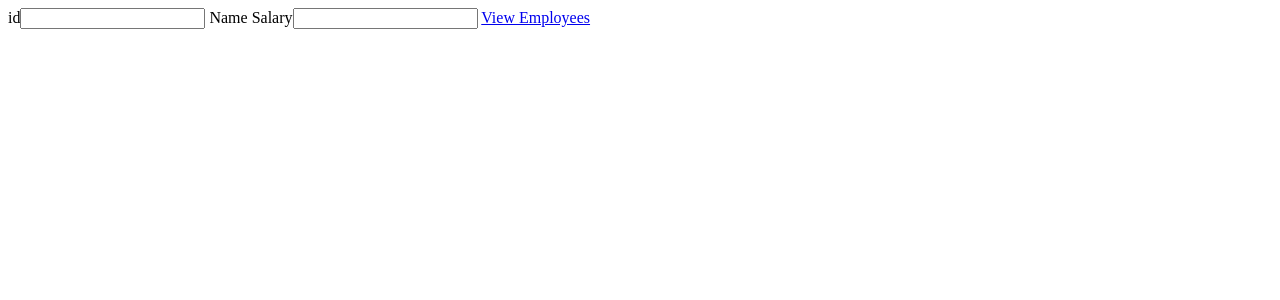
Repository: SurajPawar15-smart/JAVAProjects
Page: 017Pagination in Servlet/WebContent/index.html
An editor plug-in stored every save of this project. The page is shown before and after the next save, followed by the edit.
The browser window is 1280 px wide. The pictures show the whole page.

Above is the page before, as saved 2020-10-03 07:21:31.

After the next save:
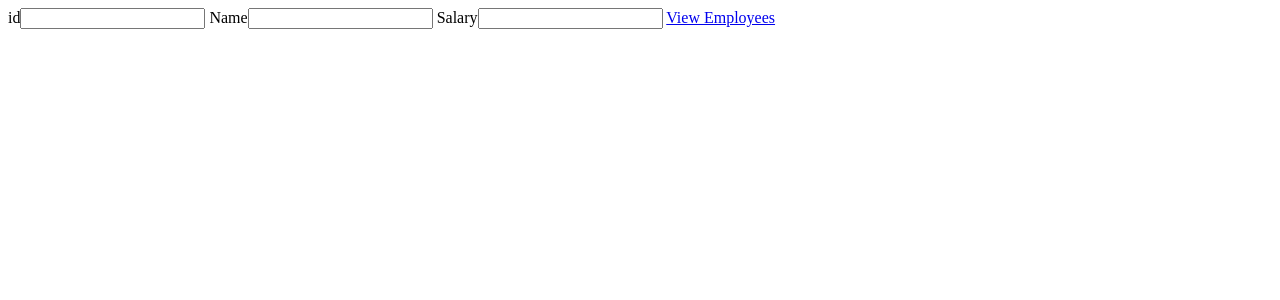
Saved 76 s later.
--- a/017Pagination in Servlet/WebContent/index.html
+++ b/017Pagination in Servlet/WebContent/index.html
@@ -7,7 +7,7 @@
 <body>
 <form action=""method="">
  id<input type="text" name="id">
- Name<inout type="text" name="name">
+ Name<input type="text" name="name">
  Salary<input type="text" name="Salary">
 <a href="ViewServlet?page=1">View Employees</a>
 </form>
